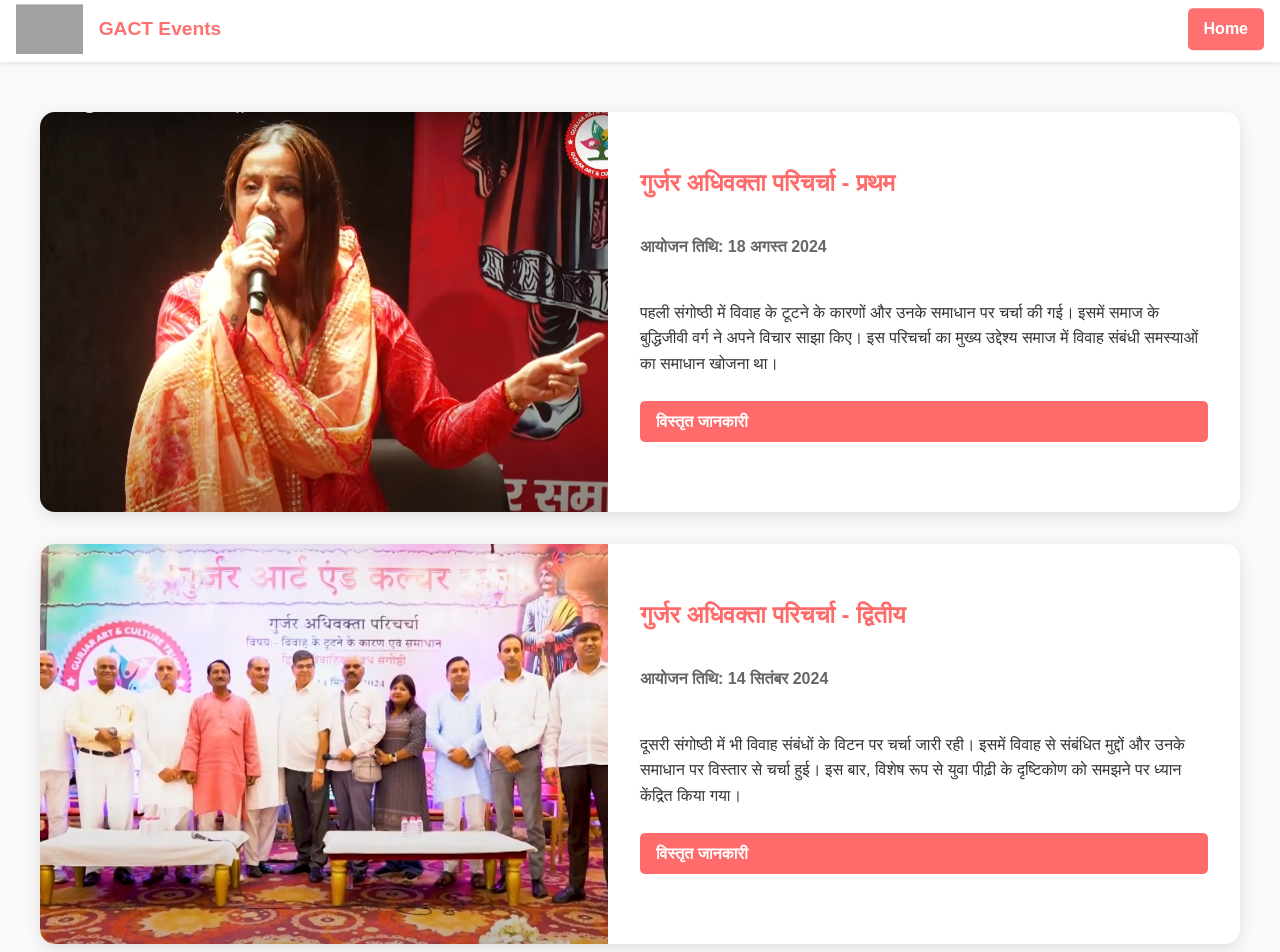
Repository: thegurjararyan/website-master
Page: adhivaktaparicharchaall.html
These files come from the project's save history. The page is drawn as it stood at one moment and after the next save; the edit follows.
The browser window is 1280 px wide. The pictures show the part of the page from y = 0 to 952 px (the page is 1498 px tall).
Pictures or frames that could not be fetched are drawn as grey boxes.

Above is the page before, as saved 2024-11-06 12:56:40.

### adhivaktaparicharchaall.html
<!DOCTYPE html>
<html lang="en">
<head>
    <meta charset="UTF-8">
    <meta name="viewport" content="width=device-width, initial-scale=1.0">
    <title>Gurjar Art and Culture Trust Events</title>
    <script src="https://cdnjs.cloudflare.com/ajax/libs/gsap/3.11.4/gsap.min.js"></script>
    <script src="https://cdnjs.cloudflare.com/ajax/libs/gsap/3.11.4/ScrollTrigger.min.js"></script>
    <link rel="icon" type="image/png" href="assets/logo.png">

    <style>
        :root {
            --primary-color: #ff6b6b;
            --text-color: #333333;
            --light-bg: #f9f9f9;
        }

        body {
            font-family: 'Arial', sans-serif;
            line-height: 1.6;
            color: var(--text-color);
            background-color: var(--light-bg);
            margin: 0;
            padding: 0;
        }

        .navbar {
            background-color: #ffffff;
            box-shadow: 0 2px 4px rgba(0,0,0,0.1);
            padding: 0.5rem 1rem;
            display: flex;
            justify-content: space-between;
            align-items: center;
            position: fixed;
            width: 100%;
            top: 0;
            z-index: 1000;
            box-sizing: border-box;
            transition: all 0.3s ease;
        }

        .logo-title {
            display: flex;
            align-items: center;
            gap: 1rem;
        }

        .logo { height: 50px; }

        .title {
            font-size: 1.2rem;
            font-weight: bold;
            color: var(--primary-color);
        }

        .nav-buttons { display: flex; gap: 1rem; }

        .btn {
            background-color: var(--primary-color);
            color: #ffffff;
            padding: 0.5rem 1rem;
            text-decoration: none;
            border-radius: 5px;
            font-weight: bold;
            transition: all 0.3s ease;
        }

        .btn:hover {
            background-color: #e05555;
        }

        .container {
            max-width: 1200px;
            margin: 7rem auto 2rem;
            padding: 0 1rem;
        }

        .event-card {
            background-color: #ffffff;
            border-radius: 15px;
            margin-bottom: 2rem;
            overflow: hidden;
            box-shadow: 0 4px 15px rgba(0,0,0,0.1);
            transition: all 0.3s ease;
            display: flex;
            flex-direction: column;
            min-height: 400px;
        }

        .card-image-container {
            position: relative;
            width: 100%;
            height: 100%;
            overflow: hidden;
            background-color: #f5f5f5;
            display: flex;
            align-items: center;
            justify-content: center;
        }

        .card-image {
            width: 100%;
            height: 100%;
            object-fit: cover;
            object-position: center;
        }

        .card-content {
            padding: 2rem;
            flex-grow: 1;
            display: flex;
            flex-direction: column;
        }

        .card-content h2 {
            color: var(--primary-color);
            margin-bottom: 1rem;
        }

        .card-content p {
            margin-bottom: 1.5rem;
        }

        .event-date {
            font-weight: bold;
            color: #666;
            margin-bottom: 1rem;
        }

        .read-more {
            display: inline-block;
            background-color: var(--primary-color);
            color: #ffffff;
            padding: 0.5rem 1rem;
            text-decoration: none;
            border-radius: 5px;
            font-weight: bold;
            transition: all 0.3s ease;
        }

        .read-more:hover {
            background-color: #e05555;
        }

        footer {
            background-color: var(--primary-color);
            color: #ffffff;
            text-align: center;
            padding: 1rem;
            margin-top: 2rem;
        }

        @media (max-width: 768px) {
            .navbar {
                flex-direction: row;
                align-items: center;
                padding: 0.5rem 1rem;
            }

            .logo-title {
                flex-grow: 1;
                justify-content: flex-start;
                margin-bottom: 0;
            }

            .title {
                font-size: 1rem;
            }

            .nav-buttons {
                flex-shrink: 0;
                justify-content: flex-end;
            }

            .btn {
                padding: 0.3rem 0.7rem;
                font-size: 0.9rem;
            }

            .container {
                margin-top: 5rem;
                padding: 0 0.5rem;
            }

            .event-card {
                margin-bottom: 1.5rem;
            }

            .card-image-container {
                height: 300px;
            }

            .card-content {
                padding: 1.5rem;
            }

            .card-content h2 {
                font-size: 1.3rem;
            }
        }

        @media (min-width: 769px) {
            .event-card {
                flex-direction: row;
                height: 400px;
            }

            .card-image-container {
                width: 50%;
                height: 100%;
            }

            .card-content {
                width: 50%;
            }
        }
    </style>
</head>
<body>
    <nav class="navbar">
        <div class="logo-title">
            <img src="https://tinypic.host/images/2024/10/25/GURJAR-ARTS-AND-CULTUR-LOGO-RED-1.png" alt="Gurjar Arts and Culture Trust Logo" class="logo">
            <span class="title">GACT Events</span>
        </div>
        <div class="nav-buttons">
            <a href="../index.html" class="btn">Home</a>
        </div>
    </nav>

    <div class="container">
        <!-- Event Card 1 -->
        <div class="event-card">
            <div class="card-image-container">
                <img src="../assets/pari1-1.jpg" alt="गुर्जर अधिवक्ता परिचर्चा 1" class="card-image">
            </div>
            <div class="card-content">
                <h2>गुर्जर अधिवक्ता परिचर्चा - प्रथम</h2>
                <p class="event-date"><strong>आयोजन तिथि:</strong> 18 अगस्त 2024</p>
                <p>पहली संगोष्ठी में विवाह के टूटने के कारणों और उनके समाधान पर चर्चा की गई। इसमें समाज के बुद्धिजीवी वर्ग ने अपने विचार साझा किए। इस परिचर्चा का मुख्य उद्देश्य समाज में विवाह संबंधी समस्याओं का समाधान खोजना था।</p>
                <a href="eventspage/AP1.html" class="read-more">विस्तृत जानकारी</a>
            </div>
        </div>

        <!-- Event Card 2 -->
        <div class="event-card">
            <div class="card-image-container">
                <img src="../assets/pari2-2.jpg" alt="गुर्जर अधिवक्ता परिचर्चा 2" class="card-image">
            </div>
            <div class="card-content">
                <h2>गुर्जर अधिवक्ता परिचर्चा - द्वितीय</h2>
                <p class="event-date"><strong>आयोजन तिथि:</strong> 14 सितंबर 2024</p>
                <p>दूसरी संगोष्ठी में भी विवाह संबंधों के विटन पर चर्चा जारी रही। इसमें विवाह से संबंधित मुद्दों और उनके समाधान पर विस्तार से चर्चा हुई। इस बार, विशेष रूप से युवा पीढ़ी के दृष्टिकोण को समझने पर ध्यान केंद्रित किया गया।</p>
                <a href="eventspage/AP2.html" class="read-more">विस्तृत जानकारी</a>
            </div>
        </div>

        <!-- Event Card 3 -->
        <div class="event-card">
            <div class="card-image-container">
                <img src="../assets/DSC_5323.JPG" alt="गुर्जर अधिवक्ता परिचर्चा 3" class="card-image">
            </div>
            <div class="card-content">
                <h2>गुर्जर अधिवक्ता परिचर्चा - तृतीय</h2>
                <p class="event-date"><strong>आयोजन तिथि:</strong> 27 अक्तूबर 2024</p>
                <p>तीसरी संगोष्ठी में विवाह संबंधी समस्याओं और उनके समाधानों पर चर्चा हुई। हज़ारों लोगों ने इस विषय पर अपने विचार साझा किए। यह चर्चा समाज में विवाह से जुड़े मुद्दों के समाधान खोजने और जागरूकता फैलाने का एक महत्वपूर्ण कदम था।</p>
                <a href="eventspage/AP3.html" class="read-more">विस्तृत जानकारी</a>
            </div>
        </div>
    </div>

    <footer>
        <p>&copy; 2024 Gurjar Art and Culture Trust. All rights reserved.</p>
    </footer>

    <script>
        gsap.registerPlugin(ScrollTrigger);

        gsap.from(".navbar", {duration: 1, y: -100, opacity: 0, ease: "power3.out"});

        gsap.utils.toArray(".event-card").forEach((card, index) => {
            gsap.from(card, {
                scrollTrigger: {
                    trigger: card,
                    start: "top bottom-=100",
                },
                duration: 1,
                opacity: 0,
                y: 50,
                delay: 0.2 * index,
                ease: "power3.out"
            });
        });
    </script>
</body>
</html>

After the next save:
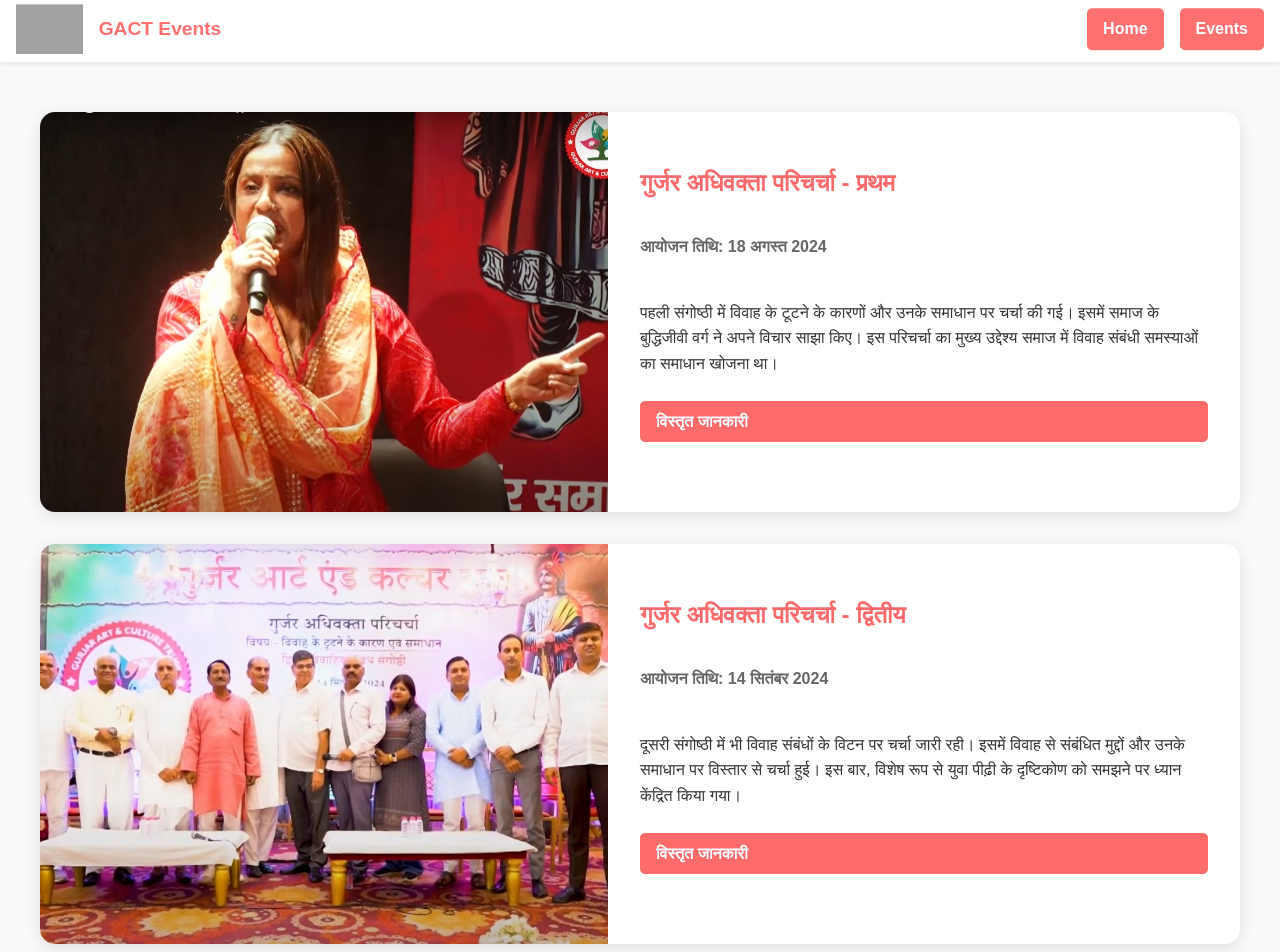
Saved 11 min 5 s later.
--- a/adhivaktaparicharchaall.html
+++ b/adhivaktaparicharchaall.html
@@ -224,6 +224,7 @@
         </div>
         <div class="nav-buttons">
             <a href="../index.html" class="btn">Home</a>
+            <a href="../index.html#events" class="btn">Events</a>
         </div>
     </nav>
 
